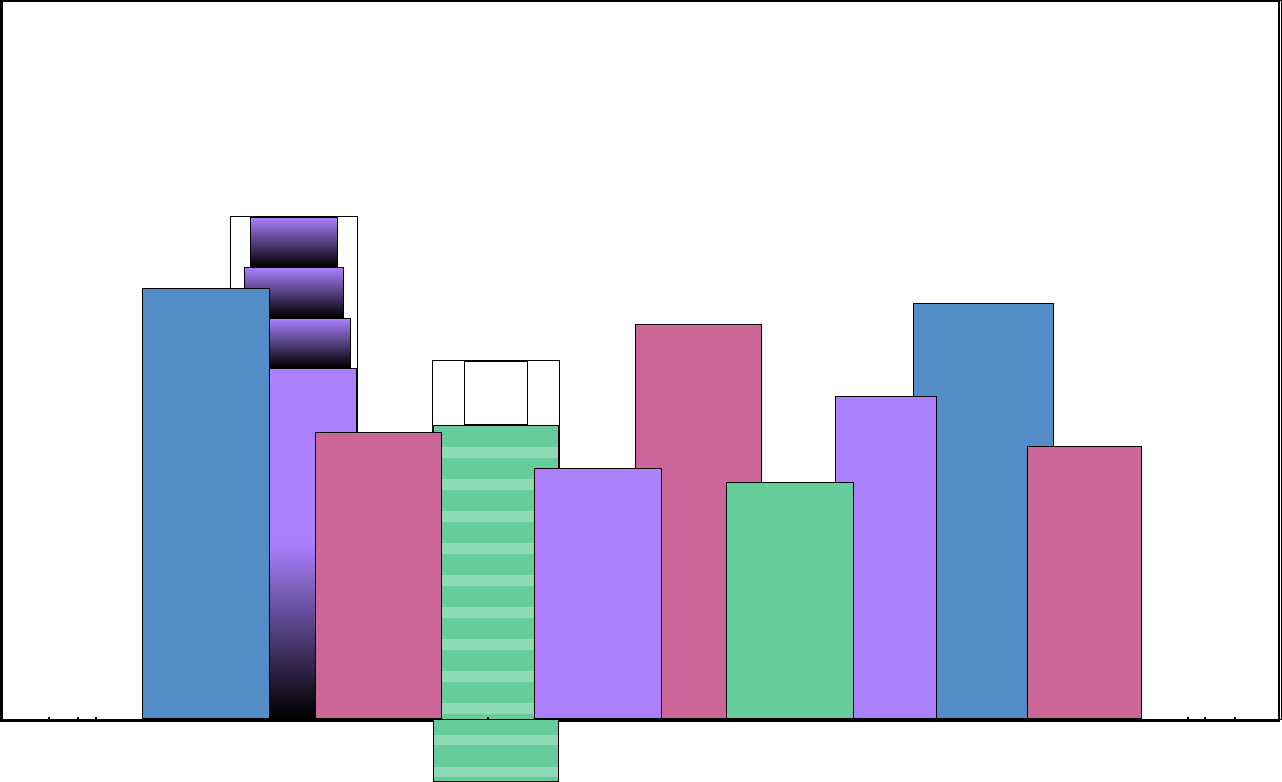
Repository: Lungdjos/city_skyline
Page: index.html
These files come from the project's save history. The page is drawn as it stood at one moment and after a run of saves; the edit follows.
The browser window is 1280 px wide. The page is 1282 px wide, so the pictures cover 1282 px, including what lies to the right of the window. The pictures show the whole page.

Above is the page before, as saved 2023-12-12 10:49:23.

### index.html
<!DOCTYPE html>
<html lang="en">

<head>
    <meta charset="UTF-8">
    <meta name="viewport" content="width=device-width, initial-scale=1.0">
    <title>City Skyline</title>
    <link href="styles.css" rel="stylesheet" />
</head>

<body>
    <div class="background-buildings">
        <div></div>
        <div></div>
        <div class="bb1">
            <div class="bb1a bb1-window"></div>
            <div class="bb1b bb1-window"></div>
            <div class="bb1c bb1-window"></div>
            <div class="bb1d"></div>
        </div>
        <div class="bb2">
            <div class="bb2a"></div>
            <div class="bb2b"></div>
        </div>
        <div class="bb3"></div>
        <div></div>
        <div class="bb4"></div>
        <div></div>
        <div></div>
    </div>
    <div class="foreground-buildings">
        <div></div>
        <div></div>
        <div class="fb1"></div>
        <div class="fb2"></div>
        <div></div>
        <div class="fb3"></div>
        <div class="fb4"></div>
        <div class="fb5"></div>
        <div class="fb6"></div>
        <div></div>
        <div></div>
    </div>
</body>

</html>

</html>

</html>

### styles.css
:root {
    --building-color1: #aa80ff;
    --building-color2: #66cc99;
    --building-color3: #cc6699;
    --building-color4: #538cc6;
    --window-color1: black;
    --window-color2: #8cd9b3;
}

* {
    border: 1px solid black;
    box-sizing: border-box;
}

body {
    height: 100vh;
    margin: 0;
    overflow: hidden;
}

.background-buildings,
.foreground-buildings {
    width: 100%;
    height: 100%;
    display: flex;
    align-items: flex-end;
    justify-content: space-evenly;
    position: absolute;
    top: 0;
}


/* BACKGROUND BUILDINGS - "bb" stands for "background building" */

.bb1 {
    width: 10%;
    height: 70%;
    display: flex;
    flex-direction: column;
    align-items: center;
}

.bb1a {
    width: 70%;
}

.bb1b {
    width: 80%;
}

.bb1c {
    width: 90%;
}

.bb1d {
    width: 100%;
    height: 70%;
    background: linear-gradient( var(--building-color1) 50%, var(--window-color1));
}

.bb1-window {
    height: 10%;
    background: linear-gradient( var(--building-color1), var(--window-color1));
}

.bb2 {
    width: 10%;
    height: 50%;
}

.bb2a {
    margin: auto;
    width: 5vw;
    height: 5vw;
    border-
}

.bb2b {
    width: 100%;
    height: 100%;
    background: repeating-linear-gradient(var(--building-color2) 0%, var(--building-color2) 6%, var(--window-color2) 6%, var(--window-color2) 9%);
}

.bb3 {
    width: 10%;
    height: 55%;
    background-color: var(--building-color3);
}

.bb4 {
    width: 11%;
    height: 58%;
    background-color: var(--building-color4);
}


/* FOREGROUND BUILDINGS - "fb" stands for "foreground building" */

.fb1 {
    width: 10%;
    height: 60%;
    background-color: var(--building-color4);
}

.fb2 {
    width: 10%;
    height: 40%;
    background-color: var(--building-color3);
}

.fb3 {
    width: 10%;
    height: 35%;
    background-color: var(--building-color1);
}

.fb4 {
    width: 8%;
    height: 45%;
    background-color: var(--building-color1);
    position: relative;
    left: 10%;
}

.fb5 {
    width: 10%;
    height: 33%;
    background-color: var(--building-color2);
    position: relative;
    right: 10%;
}

.fb6 {
    width: 9%;
    height: 38%;
    background-color: var(--building-color3);
}

After the next 6 saves:
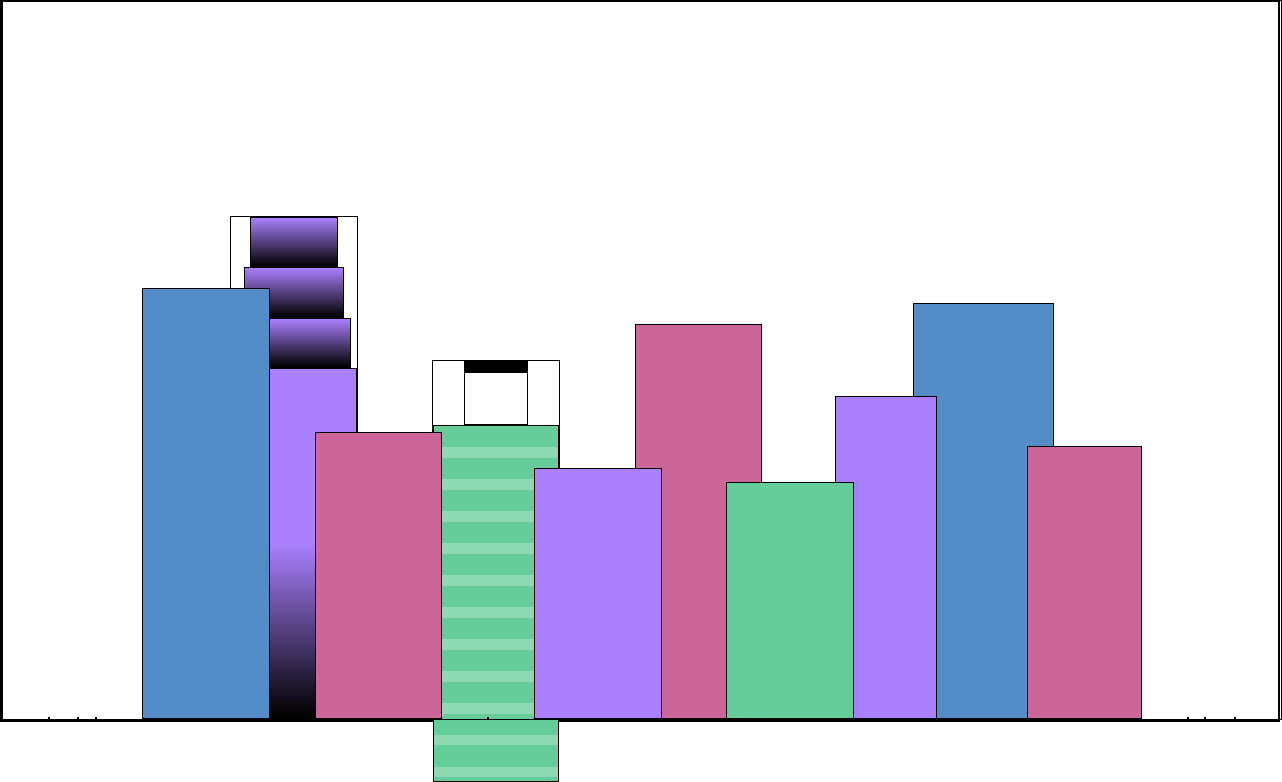
The 6 saves are shown as one change because they came seconds apart.
The last was saved 16 s later.
--- a/styles.css
+++ b/styles.css
@@ -72,7 +72,7 @@ body {
     margin: auto;
     width: 5vw;
     height: 5vw;
-    border-
+    border-top: 1vw solid #000;
 }
 
 .bb2b {
